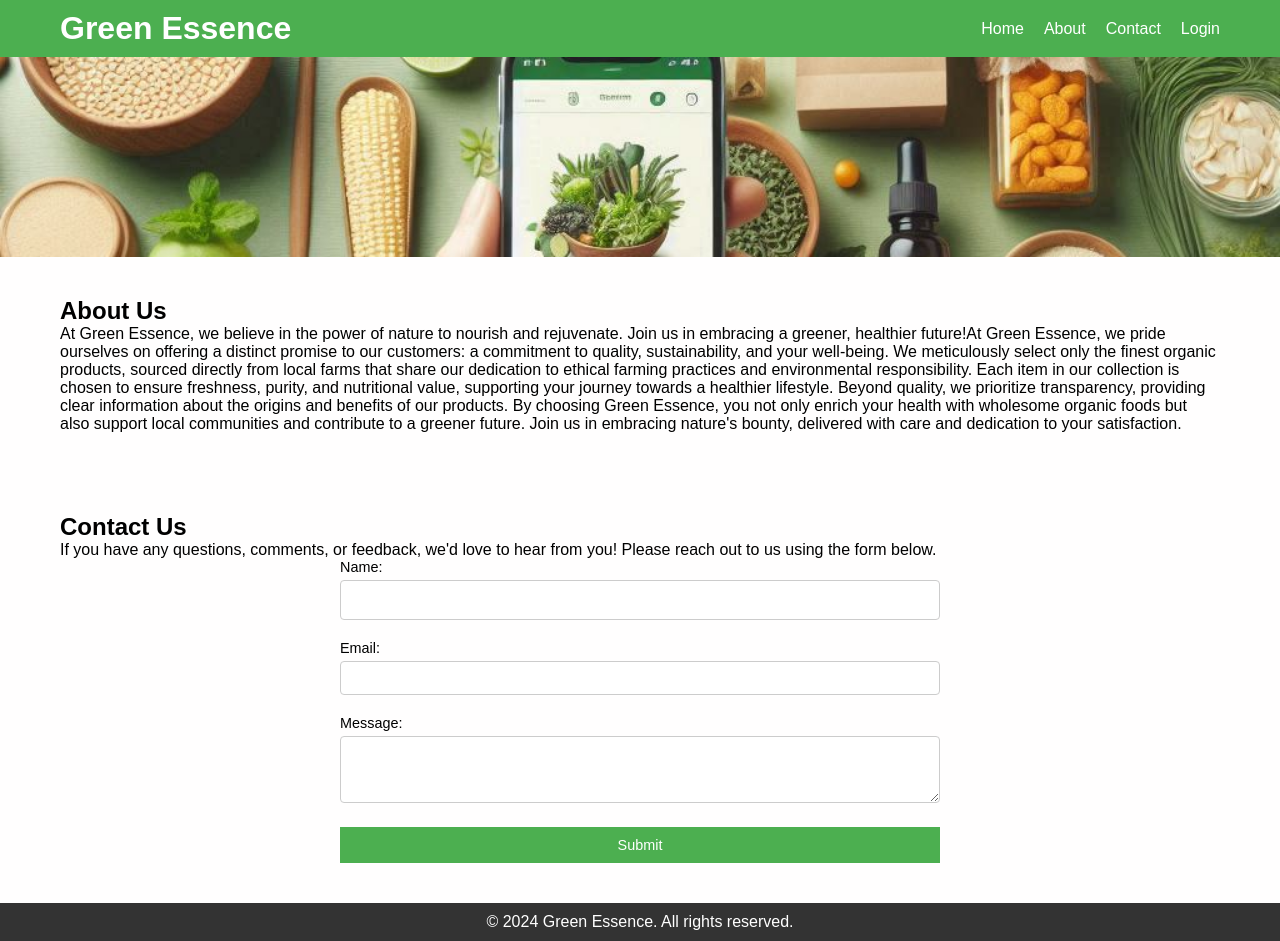
Repository: niki3210/Sahyadri
Page: Projectorganic/index.html
The author's editor kept a copy of each file at every save. The page is drawn from the files as they stood at one save, then again after the next save.
The browser window is 1280 px wide. The pictures show the whole page.
Backgrounds fixed to the window are drawn as part of the page.

Above is the page before, as saved 2024-06-21 17:32:14.

### Projectorganic/index.html
<!DOCTYPE html>
<html lang="en">
<head>
    <meta charset="UTF-8">
    <meta name="viewport" content="width=device-width, initial-scale=1.0">
    <title>Green Essence - Organic Food Products</title>
    <link rel="stylesheet" href="styles.css">

</head>
<body>
    <header>
        <div class="container">
            <h1>Green Essence</h1>
            <nav>
                <ul>
                    <li><a href="#home">Home</a></li>
                    <li><a href="#about">About</a></li>
                    <li><a href="#contact">Contact</a></li>
                    <li><a href="login.html">Login</a></li>

                </ul>
            </nav>
        </div>
    </header>

    <section id="home">
        <div class="container">




        </div>
    </section>

    <section id="about">
        <div class="container">
            <h2>About Us</h2>
            <p>At Green Essence, we believe in the power of nature to nourish and rejuvenate. Join us in embracing a greener, healthier
                future!At Green Essence, we pride ourselves on offering a distinct promise to our customers: a commitment to quality,
                sustainability, and your well-being. We meticulously select only the finest organic products, sourced directly from
                local farms that share our dedication to ethical farming practices and environmental responsibility. Each item in
                our collection is chosen to ensure freshness, purity, and nutritional value, supporting your journey towards a
                healthier lifestyle. Beyond quality, we prioritize transparency, providing clear information about the origins and
                benefits of our products. By choosing Green Essence, you not only enrich your health with wholesome organic foods
                but also support local communities and contribute to a greener future. Join us in embracing nature's bounty,
                delivered with care and dedication to your satisfaction.</p>
        </div>
    </section>

    <section id="contact">
        <div class="container">
            <h2>Contact Us</h2>
            <p>If you have any questions, comments, or feedback, we'd love to hear from you! Please reach out to us using the form below.</p>
            <div class="contact-form">
                <form action="/submit_contact" method="POST">
                    <label for="name">Name:</label>
                    <input type="text" id="name" name="name" required>
                    <div class="error" id="name-error"></div>

                    <label for="email">Email:</label>
                    <input type="email" id="contact-email" name="email" required>
                    <div class="error" id="contact-email-error"></div>

                    <label for="message">Message:</label>
                    <textarea id="message" name="message" rows="3" required></textarea>
                    <div class="error" id="message-error"></div>

                    <button type="submit">Submit</button>
                </form>
            </div>
        </div>
    </section>




<footer>
<div class="container">
    <p>&copy; 2024 Green Essence. All rights reserved.</p>
</div>


</body>
</html>

### Projectorganic/styles.css
/* Combined CSS for Home, Login, and Register Pages */

/* Reset default browser styles */
* {
    box-sizing: border-box;
    margin: 0;
    padding: 0;
}

/* Global styles */
body {
    font-family: Arial, sans-serif;
    color: black;
    margin: 0;
    padding: 0;
    box-sizing: border-box;
    min-height: 100vh; /* Ensure body extends to at least the full height of the viewport */
    display: flex;
    flex-direction: column; /* Use flexbox to make sure footer stays at the bottom */
}

/* Header styles */
header {
    background-color: #4CAF50;
    color: white;
    padding: 10px 0;
}

header .container {
    display: flex;
    justify-content: space-between;
    align-items: center;
    max-width: 1200px;
    margin: 0 auto;
    padding: 0 20px;
}

header h1 {
    margin: 0;
}

header nav ul {
    list-style: none;
    margin: 0;
    padding: 0;
    display: flex;
}

header nav ul li {
    margin-left: 20px;
}

header nav ul li a {
    color: white;
    text-decoration: none;
}

header nav ul li a:hover {
    text-decoration: underline;
}

/* Home Page Styles */
#home {
    background-image: url('backgroundhome.jpeg');
    background-size: cover;
    background-repeat: no-repeat;
    background-position: center;
    background-attachment: fixed;
    color: white;
    text-align: center;
    padding: 100px 20px;
}

section {
    padding: 60px 0;
}

.container {
    max-width: 1200px;
    margin: 0 auto;
    padding: 0 20px;
}

/* About Section */
#about {
    background-color: #fffefe;
    padding: 40px 0;
}

/* Contact Form Styles */
#contact {
    background-color: #fffefe;
    padding: 40px 0;
}

form {
    max-width: 600px;
    margin: 0 auto;
}

label {
    display: block;
    margin-bottom: 5px;
}

input[type="text"],
input[type="email"],
textarea {
    width: 100%;
    padding: 10px;
    margin-bottom: 10px;
    border: 1px solid #ccc;
    border-radius: 4px;
    font-size: 1em;
}

button[type="submit"] {
    background-color: #4CAF50;
    color: white;
    border: none;
    padding: 10px 20px;
    cursor: pointer;

}

button[type="submit"]:hover {
    background-color: #45a049;
}

/* Login/Register Styles */
.login-container,
.register-container {
    max-width: 320px;
    margin: 0 auto;
    padding: 15px;
    background-color: rgb(255, 255, 255);
    border-radius: 3px;
    box-shadow: 0 0 10px rgba(0, 0, 0, 0.1);
    flex: 1; /* Use flex: 1 to push footer to the bottom */
    margin-top: 30px;
    margin-bottom: 60px;
    padding: 20px;
}

body {
    font-family: Arial, sans-serif;
    background-image: url('backgroundhome.jpeg');
    background-size: cover;
    color: black;
}

.login-form, .register-form {
    padding: 15px;
    margin-bottom: 30px;
}

.login-form h2, .register-form h2 {
    text-align: center;
    margin-bottom: 15px;
    font-size: 1.5em;
}

label {
    display: block;
    margin-bottom: 5px;
    font-size: 0.9em;
}

input[type="email"],
input[type="password"] {
    width: 100%;
    padding: 8px;
    margin-bottom: 10px;
    border: 1px solid #ccc;
    border-radius: 4px;
    font-size: 0.9em;
}

.error {
    color: red;
    font-size: 0.8em;
    margin-bottom: 10px;
}

button {
    background-color: #4CAF50;
    color: white;
    border: none;
    padding: 8px 15px;
    cursor: pointer;
    transition: background-color 0.3s ease;
    width: 100%;
    font-size: 0.9em;
}

button:hover {
    background-color: #45a049;
}

/* Footer Styles */
footer {
    background-color: #333;
    color: white;
    text-align: center;
    padding: 10px 0;
    width: 100%;

}

footer a {
    color: white;
    margin: 0 10px;
    text-decoration: none;
}

footer a:hover {
    text-decoration: underline;
}

/* Pop-up Styles */
.popup {
    display: none;
    position: fixed;
    top: 20px; /* Position the pop-up near the top of the page */
    left: 50%;
    transform: translateX(-50%);
    background-color: white;
    box-shadow: 0 0 10px rgba(0, 0, 0, 0.1);
    border-radius: 8px;
    z-index: 1000;
    width: 90%; /* Make it full width with some margin */
    max-width: 320px;
    padding: 10px 20px;
}

.popup-content {
    text-align: center;
}

.popup .close {
    position: absolute;
    top: 10px;
    right: 10px;
    cursor: pointer;
    font-size: 1.5em;
}

/* Dashboard Styles */
/* Dashboard Styles */
.dashboard-main {
    flex: 1;
    padding: 20px;
}

.dashboard-section {
    background-color: #ffffff;
    padding: 20px;
    margin-bottom: 20px;
    box-shadow: 0 0 10px rgba(0, 0, 0, 0.1);
    border-radius: 8px;
    transition: transform 0.3s ease, box-shadow 0.3s ease;
}

.dashboard-section:hover {
    transform: translateY(-5px); /* Lift section on hover */
    box-shadow: 0 5px 15px rgba(0, 0, 0, 0.2); /* Add a subtle lift effect */
}

.dashboard-section h2 {
    margin-bottom: 10px;
    color: #4CAF50;
}

.sales-table {
    overflow-x: auto;
    animation: slideIn 0.5s ease; /* Slide in animation for the table */
}

.sales-table table {
    width: 100%;
    border-collapse: collapse;
}

.sales-table th, .sales-table td {
    border: 1px solid #6dfb07;
    padding: 12px; /* Increase padding for better readability */
    text-align: left;
}

.sales-table th {
    background-color: #d1f3d0d0;
    color: #4CAF50; /* Green theme color for table headers */
    text-transform: uppercase;
}

.sales-table tr:nth-child(even) {
    background-color: #f9f9f9;
}

.sales-table tr:hover {
    background-color: #f2f2f2;
}

After the next save:
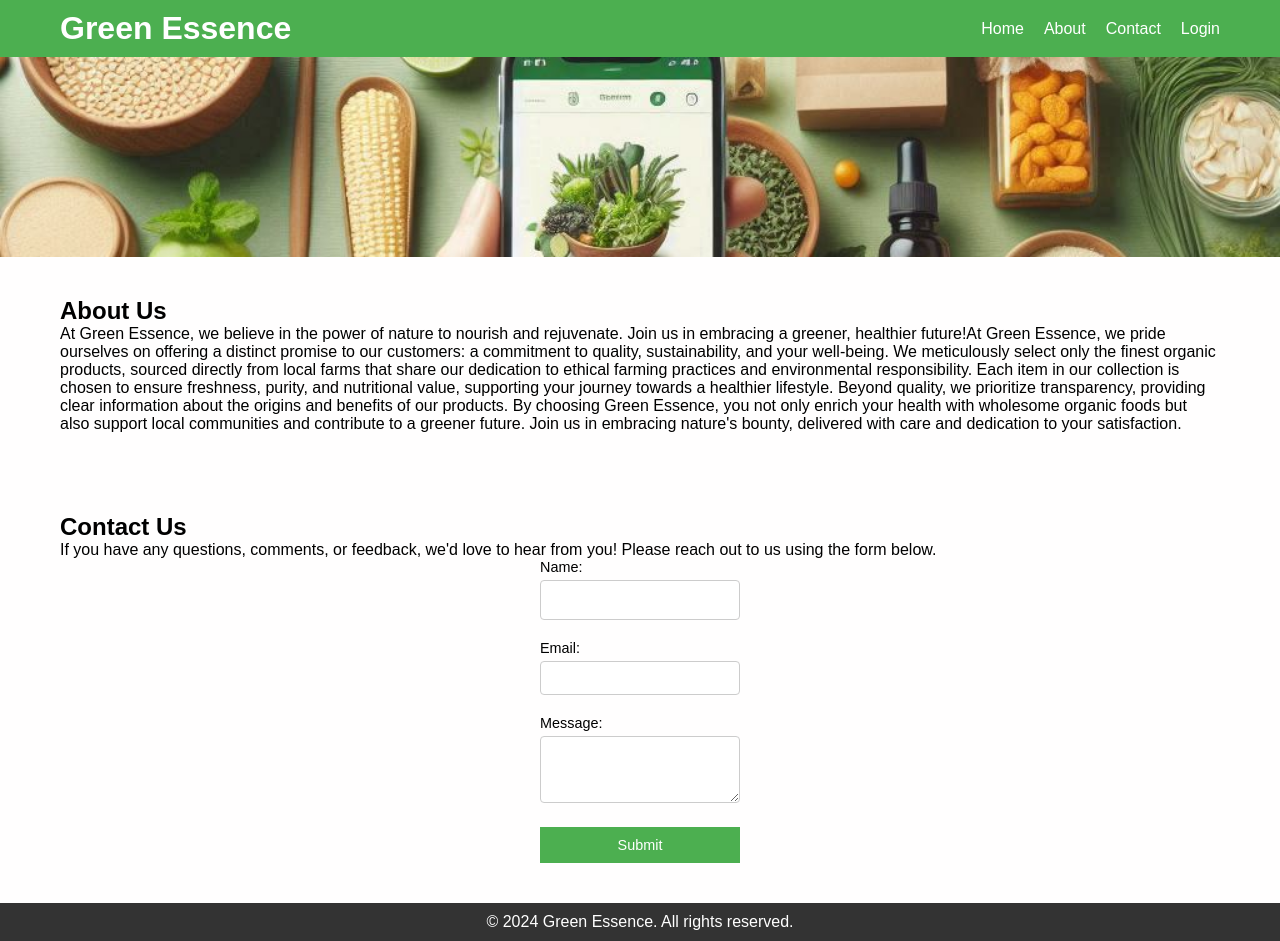
Saved 12 s later.
--- a/Projectorganic/styles.css
+++ b/Projectorganic/styles.css
@@ -94,7 +94,7 @@ section {
 }
 
 form {
-    max-width: 600px;
+    max-width: 200px;
     margin: 0 auto;
 }
 
